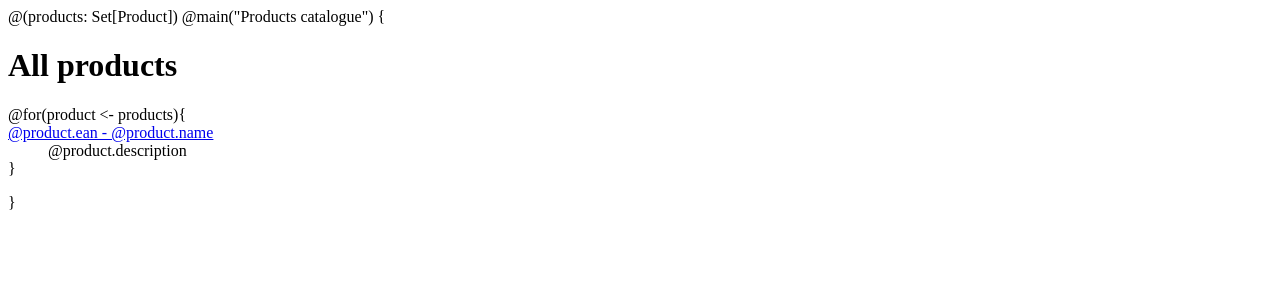
Repository: linoox/Play
Page: warehouse/app/views/html/products/list.scala.html
These files come from the project's save history. The page is drawn as it stood at one moment and after the next save; the edit follows.
The browser window is 1280 px wide. The pictures show the whole page.

Above is the page before, as saved 2014-09-13 23:31:36.

After the next save:
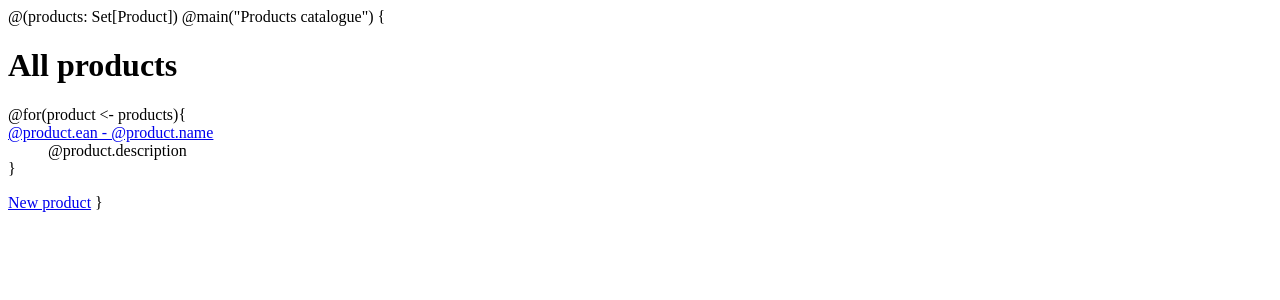
Saved 60 s later.
--- a/warehouse/app/views/html/products/list.scala.html
+++ b/warehouse/app/views/html/products/list.scala.html
@@ -15,4 +15,7 @@
 		}
 	</dl>
 
+	<a href="@routes.Products.showBlank()" class="btn">
+	<i class="icon-plus"></i>New product</a>
+
 }
